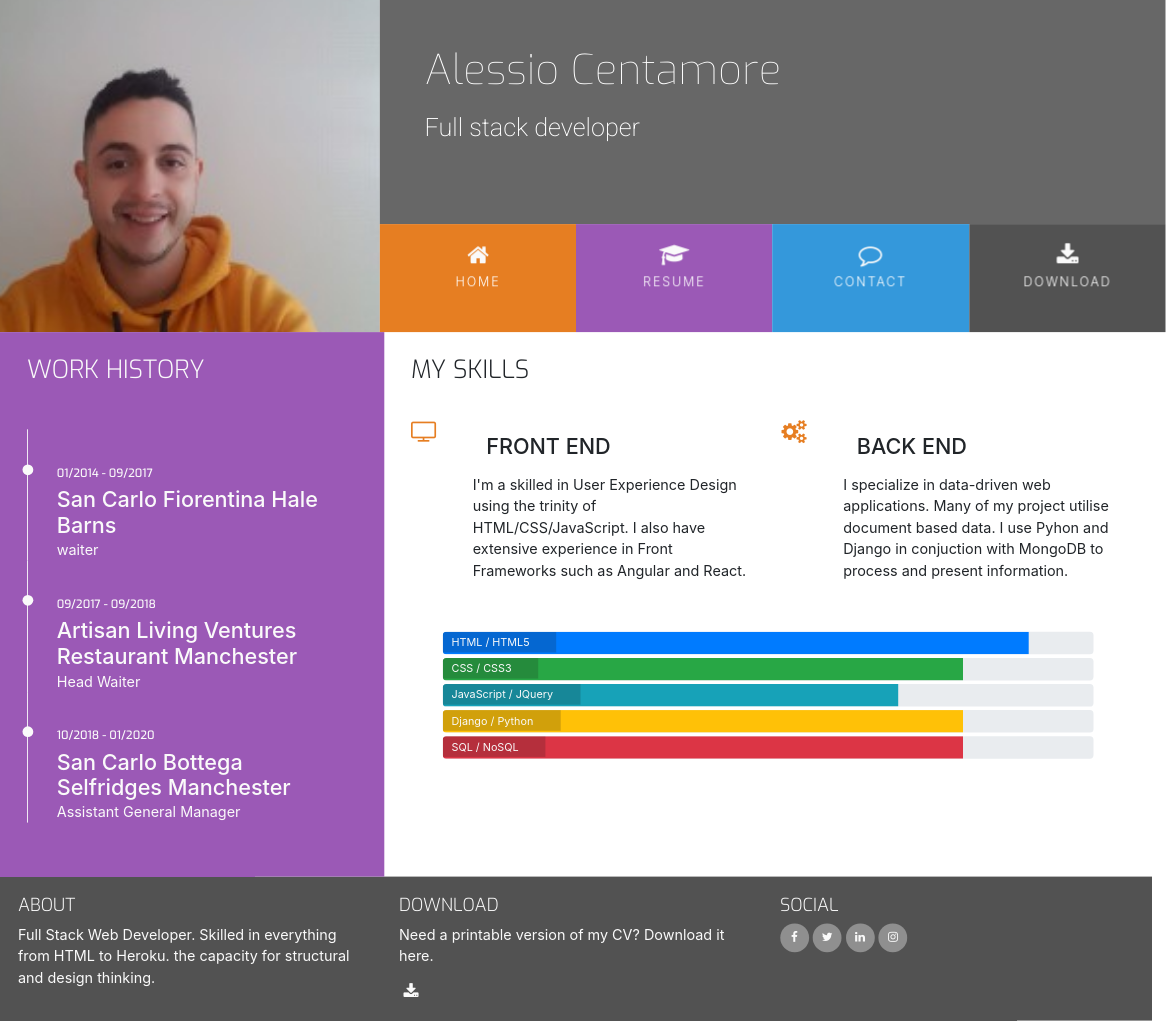
Repository: Baal89/Resume
Page: resume.html
The author's editor kept a record of every edit. The page is drawn from the files as they stood at one moment, then again after the next edit.
The browser window is 1280 px wide. The page is 1295 px wide, so the pictures cover 1295 px, including what lies to the right of the window. The pictures show the whole page, at 90% of full size.

Above is the page before.

After the next edit:
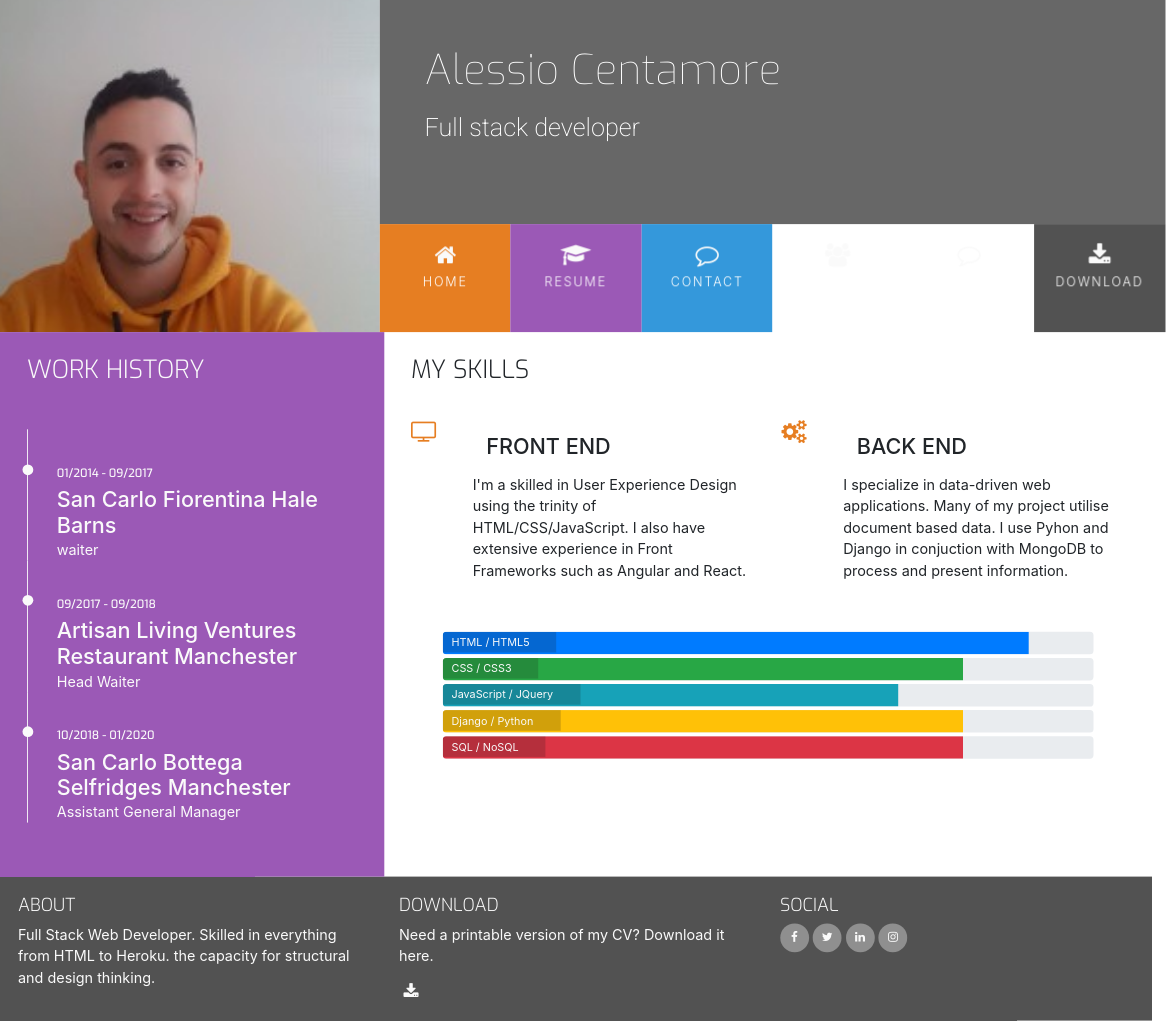
The edit:
--- a/resume.html
+++ b/resume.html
@@ -13,8 +13,7 @@
 </head>
 
 <body>
-
-    <header>
+<header>
         <div class="row">
             <a href="index.html" class="col-md-4 logo px-0">
 
@@ -29,16 +28,22 @@
                 <div class="row">
                     <div class="col px-0">
                         <ul id="nav" class="list-inline menu-container">
-                            <li class="col-6 col-sm-3 ui-menu-color-home list-inline-item menuitem">
+                            <li class="col-6 col-sm-2 ui-menu-color-home list-inline-item menuitem">
                                 <a href="index.html" class="hvr-sweep-to-bottom"><i class="fa fa-home" aria-hidden="true"></i><span>Home</span></a>
                             </li>
-                            <li class="col-6 col-sm-3 ui-menu-color-resume list-inline-item menuitem">
+                            <li class="col-6 col-sm-2 ui-menu-color-resume list-inline-item menuitem">
                                 <a href="resume.html" class="hvr-sweep-to-bottom"><i class="fa fa-graduation-cap" aria-hidden="true"></i><span>Resume</span></a>
                             </li>
-                            <li class="col-6 col-sm-3 ui-menu-color-contact list-inline-item menuitem">
+                            <li class="col-6 col-sm-2 ui-menu-color-contact list-inline-item menuitem">
                                 <a href="contact.html" class="hvr-sweep-to-bottom"><i class="fa fa-comment-o" aria-hidden="true"></i><span>Contact</span></a>
                             </li>
-                            <li class="col-6 col-sm-3 ui-menu-color-download list-inline-item menuitem">
+                            <li class="col-6 col-sm-2 ui-menu-color-interests list-inline-item menuitem">
+                                <a href="interests.html" class="hvr-sweep-to-bottom"><i class="fa fa-users" aria-hidden="true"></i><span>Interests</span></a>
+                            </li>
+                            <li class="col-6 col-sm-2 ui-menu-color-github list-inline-item menuitem">
+                                <a href="github.html" class="hvr-sweep-to-bottom"><i class="fa fa-comment-o" aria-hidden="true"></i><span>GitHub</span></a>
+                            </li>
+                            <li class="col-6 col-sm-2 ui-menu-color-download list-inline-item menuitem">
                                 <a href="assets/cv/Alessio-Centamore-C.V.pdf" target="_blank" class="hvr-sweep-to-bottom"><i class="fa fa-download" aria-hidden="true"></i><span>Download</span></a>
                             </li>
                         </ul>
